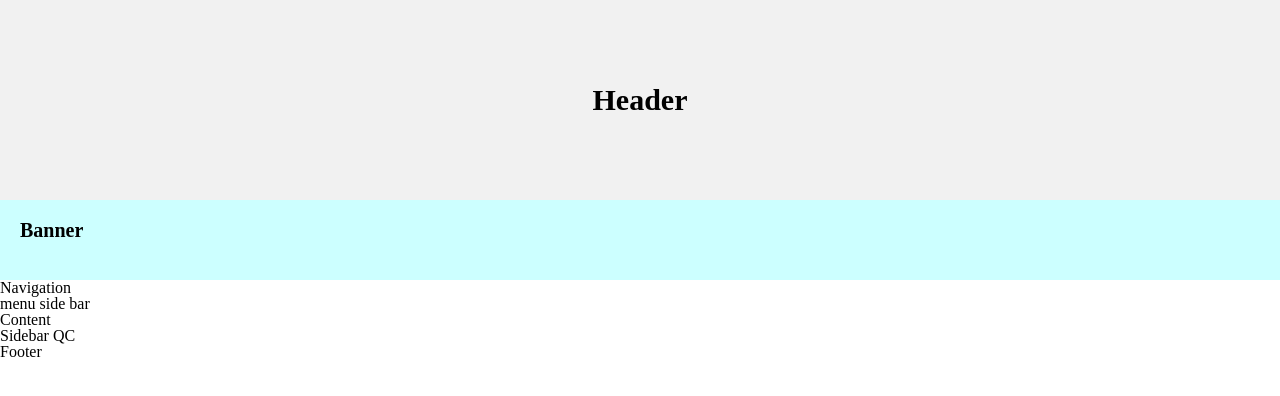
Repository: Tan-Khang21/TH_TKW--Buoi_06
Page: Bai_Tap_Tren_lop/Bai_03/LayoutCSS3.html
An editor plug-in stored every save of this project. The page is shown before and after the next save, followed by the edit.
The browser window is 1280 px wide. The pictures show the whole page.

Above is the page before, as saved 2024-03-11 20:58:42.

### Bai_Tap_Tren_lop/Bai_03/LayoutCSS3.html
<!DOCTYPE html>
<html lang="en">
  <head>
    <meta charset="UTF-8" />
    <meta name="viewport" content="width=device-width, initial-scale=1.0" />
    <title>Document</title>
    <link rel="stylesheet" href="style.css" />
    <link rel="stylesheet" href="reset.css" />
  </head>
  <body>
    <div class="container">
      <div class="header">Header</div>
      <div class="banner">Banner</div>
      <div class="navigation">Navigation</div>
      <div class="box">
        <div class="box_menu">menu side bar</div>
        <div class="box_content">Content</div>
        <div class="box_siderbar">Sidebar QC</div>
      </div>
      <div class="footer">Footer</div>
    </div>
  </body>
</html>

### Bai_Tap_Tren_lop/Bai_03/style.css
* {
  box-sizing: border-box;
}
body {
  width: 100%;
}
.header {
  width: 100%;
  height: 200px;
  display: flex;
  align-items: center;
  justify-content: center;
  background-color: #f1f1f1;
  font-weight: bold;
  font-size: 30px;
}
.banner {
  width: 100%;
  height: 80px;
  background-color: #ccffff;
  font-weight: bold;
  font-size: 20px;
  padding: 20px;
}

Loaded but not shown: Bai_Tap_Tren_lop/Bai_03/reset.css (common file)

After the next save:
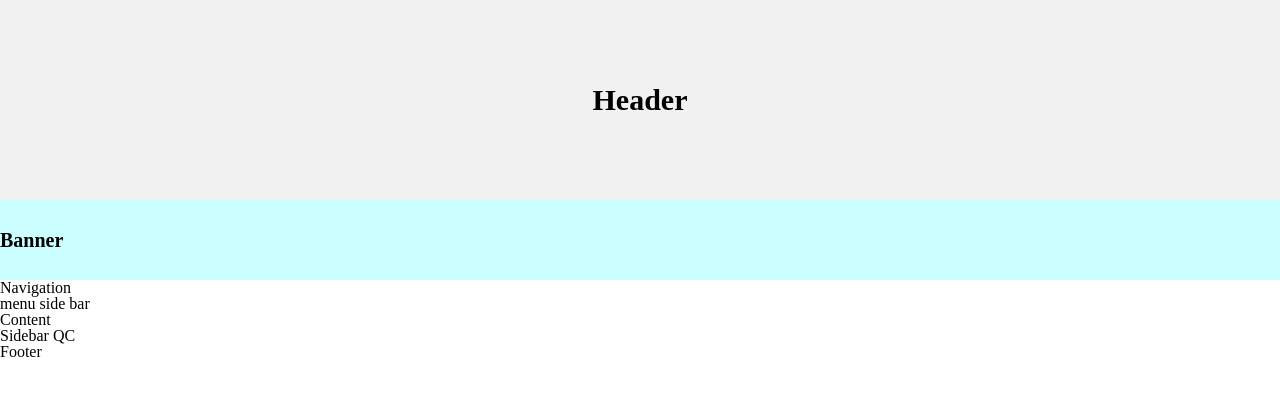
Saved 20 s later.
--- a/Bai_Tap_Tren_lop/Bai_03/style.css
+++ b/Bai_Tap_Tren_lop/Bai_03/style.css
@@ -20,5 +20,6 @@ body {
   background-color: #ccffff;
   font-weight: bold;
   font-size: 20px;
-  padding: 20px;
+  display: flex;
+  align-items: center;
 }
